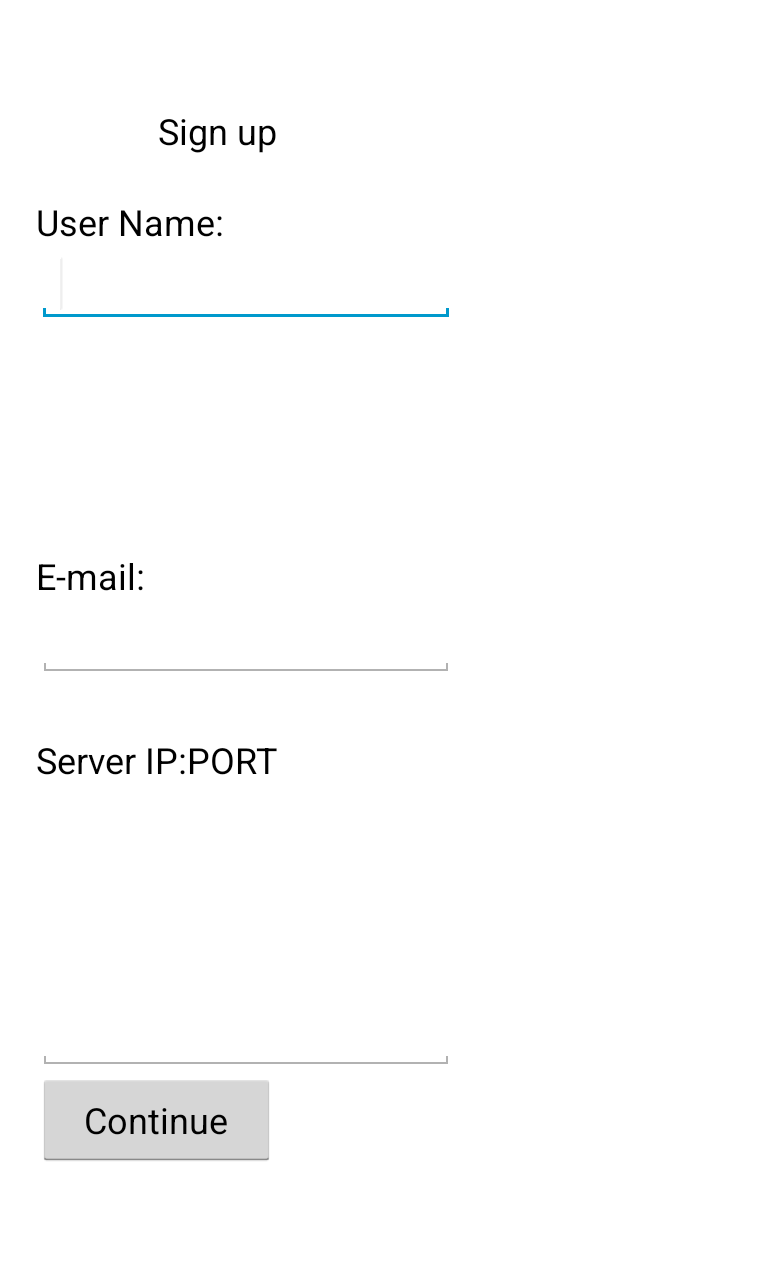
Repository: Teketel/hujeManiita
Layout: workspace/android/Besso/res/layout/activity_main.xml
These files come from the project's save history. The layout is drawn as it stood at one moment and after the next save; the edit follows.
It is drawn on a 768 x 1280 px phone screen (xhdpi) without system bars, with theme AppTheme; the app's code is not run.

Above is the layout before, as saved 2013-02-18 19:40:33.

After the next save:
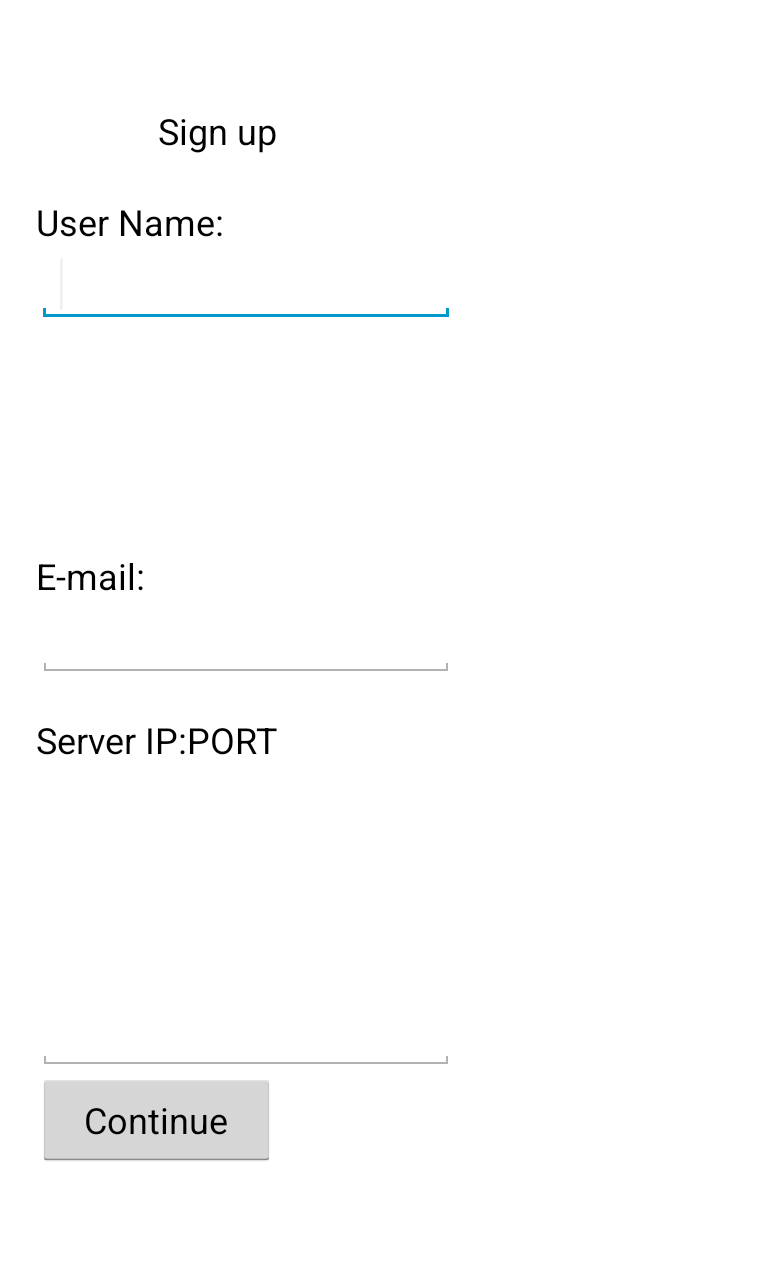
Saved 69 s later.
--- a/workspace/android/Besso/res/layout/activity_main.xml
+++ b/workspace/android/Besso/res/layout/activity_main.xml
@@ -61,16 +61,6 @@
         android:text="E-mail:"
         android:textAppearance="?android:attr/textAppearanceMedium" />
 
-    <TextView
-        android:id="@+id/ipTextView"
-        android:layout_width="wrap_content"
-        android:layout_height="wrap_content"
-        android:layout_alignLeft="@+id/email"
-        android:layout_below="@+id/email"
-        android:layout_marginTop="28dp"
-        android:text="Server IP:PORT"
-        android:textAppearance="?android:attr/textAppearanceMedium" />
-
     <EditText
         android:id="@+id/ipEditText"
         android:layout_width="wrap_content"
@@ -89,4 +79,14 @@
         android:layout_marginBottom="38dp"
         android:text="Continue" />
 
+    <TextView
+        android:id="@+id/ipTextView"
+        android:layout_width="wrap_content"
+        android:layout_height="wrap_content"
+        android:layout_alignLeft="@+id/email"
+        android:layout_below="@+id/email"
+        android:layout_marginTop="18dp"
+        android:text="Server IP:PORT"
+        android:textAppearance="?android:attr/textAppearanceMedium" />
+
 </RelativeLayout>
